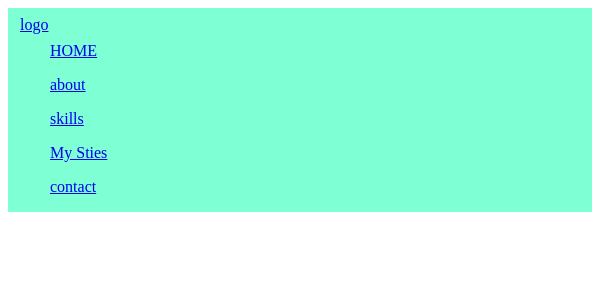
Repository: jun01270/jun
Page: index.html
An editor plug-in stored every save of this project. The page is shown before and after the next save, followed by the edit.
The browser window is 600 px wide. The pictures show the whole page.

Above is the page before, as saved 2023-05-08 16:29:31.

After the next save:
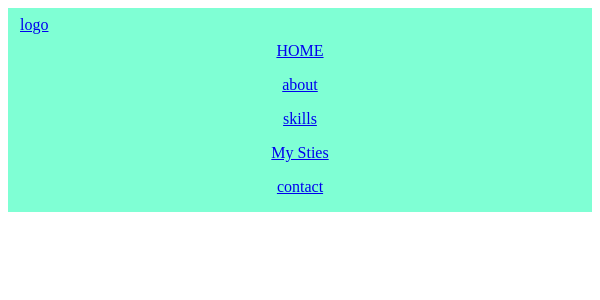
Saved 13 s later.
--- a/main.css
+++ b/main.css
@@ -35,6 +35,7 @@ html{
 
     .menu-bar{
         flex-direction: column;
-
+        align-items: center;
+        width: 100%;
     }
 }
